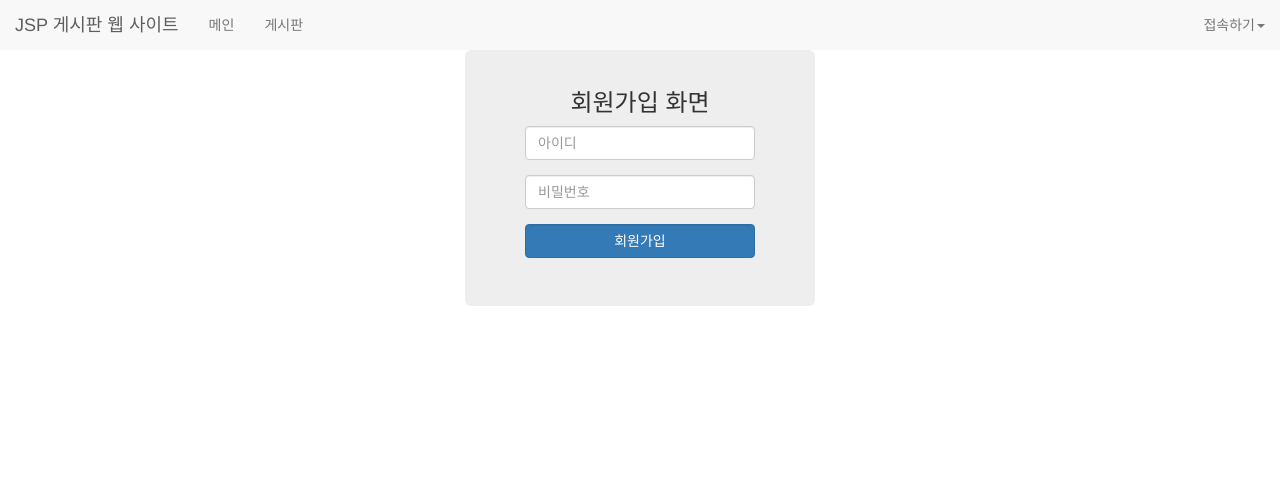
Repository: ehdgus0221/JAVA
Page: http://localhost/BBS/join.jsp
These files come from the project's save history. The page is drawn as it stood at one moment and after the next save; the edit follows.
The browser window is 1280 px wide. The pictures show the whole page.
Some web libraries are served in a nearby version. The page is served by Tomcat 9.

Above is the page before, as saved 2022-12-23 15:26:16.

After the next save:
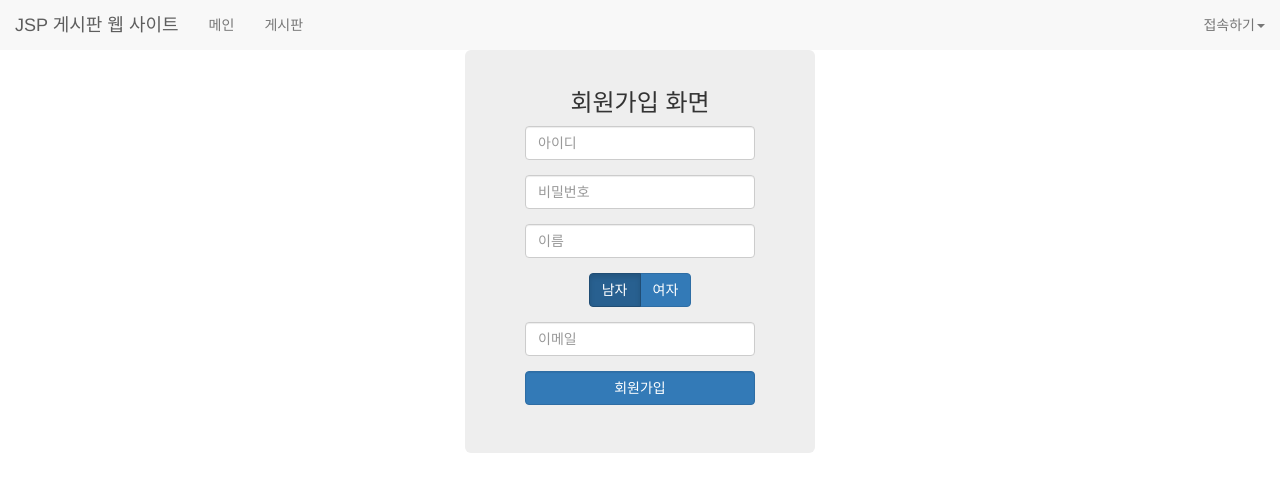
Saved 61 min 19 s later.
--- a/Board-Basic/projects/BBS/src/main/webapp/join.jsp
+++ b/Board-Basic/projects/BBS/src/main/webapp/join.jsp
@@ -57,6 +57,22 @@
 					<div class="form-group">
 						<input type="password" class="form-control" placeholder="비밀번호" name="userPassword" maxlength="20">
 					</div>
+					<div class="form-group">
+						<input type="text" class="form-control" placeholder="이름" name="userName" maxlength="20">
+					</div>
+					<div class="form-group" style="text-align:center;">
+						<div class ="btn-group" data-toggle="buttons">
+							<label class="btn btn-primary active">
+								<input type="radio" name="userGender" autocomplete="off" value="남자" checked>남자
+							</label>
+							<label class="btn btn-primary">
+								<input type="radio" name="userGender" autocomplete="off" value="여자" checked>여자
+							</label>
+						</div>
+					</div>
+										<div class="form-group">
+						<input type="email" class="form-control" placeholder="이메일" name="userEmail" maxlength="20">
+					</div>
 					<input type="submit" class="btn btn-primary form-control" value="회원가입">
 				</form>
 			</div>
